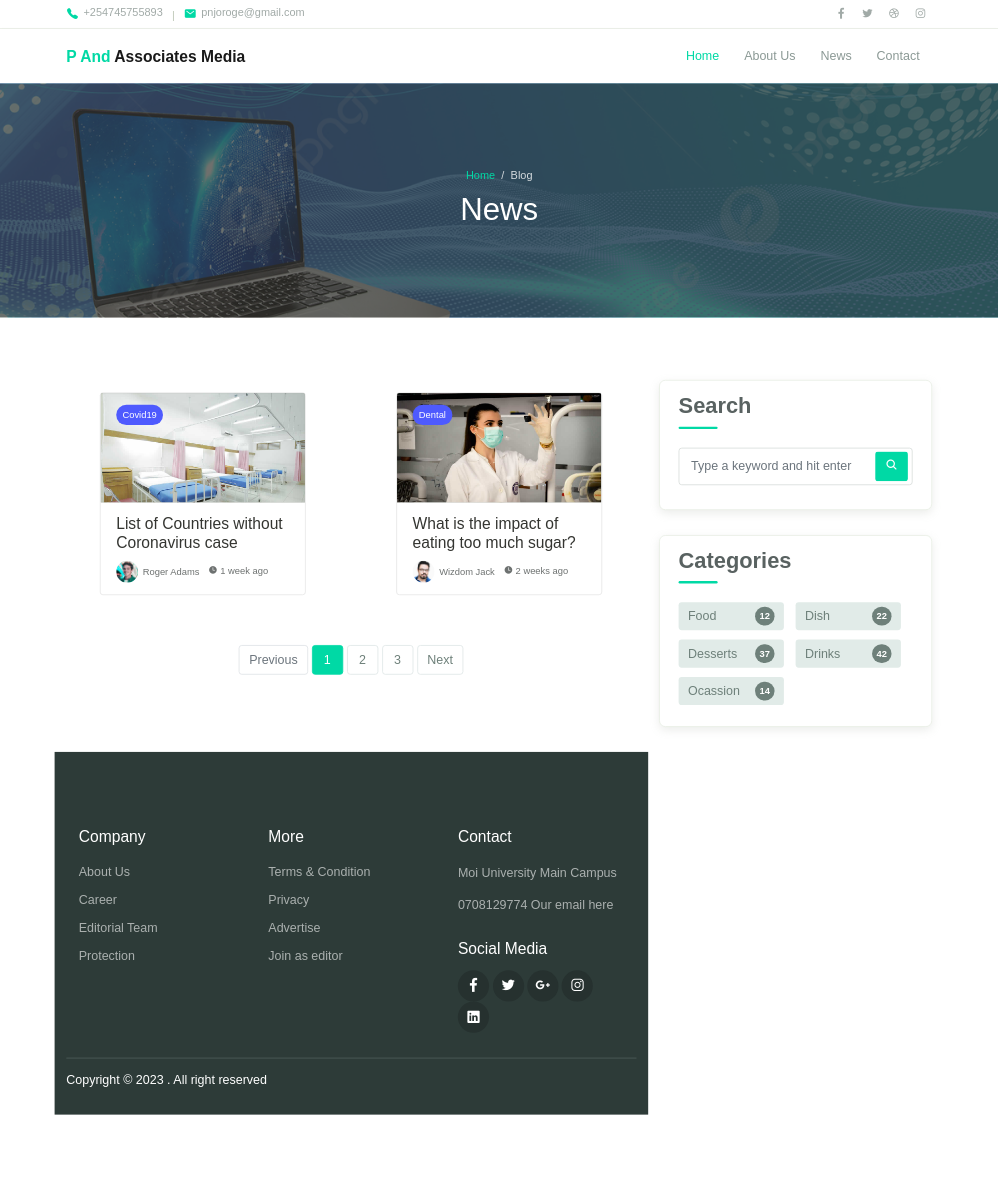
Repository: profbkmurage/myWeb
Page: html/blog.html
The author's editor kept a copy of each file at every save. The page is drawn from the files as they stood at one save, then again after the next save.
The browser window is 1280 px wide. The pictures show the whole page, at 78% of full size.

Above is the page before, as saved 2023-12-11 14:20:33.

### html/blog.html
<!DOCTYPE html>
<html lang="en">
<head>
  <meta charset="UTF-8">
  <meta name="viewport" content="width=device-width, initial-scale=1.0">

  <meta http-equiv="X-UA-Compatible" content="ie=edge">

  <title>M&M Website</title>

  <link rel="stylesheet" href="../assets/css/maicons.css">

  <link rel="stylesheet" href="../assets/css/bootstrap.css">

  <link rel="stylesheet" href="../assets/vendor/owl-carousel/css/owl.carousel.css">

  <link rel="stylesheet" href="../assets/vendor/animate/animate.css">

  <link rel="stylesheet" href="../assets/css/theme.css">
</head>
<body>

  <!-- Back to top button -->
  <div class="back-to-top"></div>

  <header>
    <div class="topbar">
      <div class="container">
        <div class="row">
          <div class="col-sm-8 text-sm">
            <div class="site-info">
              <a href="tel:0745755893" ><span class="mai-call text-primary"></span> +254745755893</a>
              <span class="divider">|</span>
              <a href="#"><span class="mai-mail text-primary"></span> pnjoroge@gmail.com</a>
            </div>
          </div>
          <div class="col-sm-4 text-right text-sm">
            <div class="social-mini-button">
              <a href="#"><span class="mai-logo-facebook-f"></span></a>
              <a href="#"><span class="mai-logo-twitter"></span></a>
              <a href="#"><span class="mai-logo-dribbble"></span></a>
              <a href="#"><span class="mai-logo-instagram"></span></a>
            </div>
          </div>
        </div> <!-- .row -->
      </div> <!-- .container -->
    </div> <!-- .topbar -->

    <nav class="navbar navbar-expand-lg navbar-light shadow-sm">
      <div class="container">
        <a class="navbar-brand" href="#"><span class="text-primary">P And</span> Associates Media</a>

        <!-- <form action="#">
          <div class="input-group input-navbar">
            <div class="input-group-prepend">
              <span class="input-group-text" id="icon-addon1"><span class="mai-search"></span></span>
            </div>
            <input type="text" class="form-control" placeholder="Enter keyword.." aria-label="Username" aria-describedby="icon-addon1">
          </div>
        </form> -->

        <button class="navbar-toggler" type="button" data-toggle="collapse" data-target="#navbarSupport" aria-controls="navbarSupport" aria-expanded="false" aria-label="Toggle navigation">
          <span class="navbar-toggler-icon"></span>
        </button>

        <div class="collapse navbar-collapse" id="navbarSupport">
          <ul class="navbar-nav ml-auto">
            <li class="nav-item active">
              <a class="nav-link" href="index.html">Home</a>
            </li>
            <li class="nav-item">
              <a class="nav-link" href="about.html">About Us</a>
            </li>
            <!-- <li class="nav-item">
              <a class="nav-link" href="work.html">Our work</a>
            </li> -->
            <li class="nav-item">
              <a class="nav-link" href="blog.html">News</a>
            </li>
            <li class="nav-item">
              <a class="nav-link" href="contact.html">Contact</a>
            </li>
            <!-- <li class="nav-item">
              <a class="btn btn-primary ml-lg-3" href="#">Login / Register</a>
            </li> -->
          </ul>
        </div> <!-- .navbar-collapse -->
      </div> <!-- .container -->
    </nav>
  </header>

  <div class="page-banner overlay-dark bg-image" style="background-image: url(../assets/img/landing.jpg);">
    <div class="banner-section">
      <div class="container text-center wow fadeInUp">
        <nav aria-label="Breadcrumb">
          <ol class="breadcrumb breadcrumb-dark bg-transparent justify-content-center py-0 mb-2">
            <li class="breadcrumb-item"><a href="index.html">Home</a></li>
            <li class="breadcrumb-item active" aria-current="page">Blog</li>
          </ol>
        </nav>
        <h1 class="font-weight-normal">News</h1>
      </div> <!-- .container -->
    </div> <!-- .banner-section -->
  </div> <!-- .page-banner -->

  <div class="page-section">
    <div class="container">
      <div class="row">
        <div class="col-lg-8">
          <div class="row">
            <div class="col-sm-6 py-3">
              <div class="card-blog">
                <div class="header">
                  <div class="post-category">
                    <a href="#">Covid19</a>
                  </div>
                  <a href="blog-details" class="post-thumb">
                    <img src="../assets/img/blog/blog_1.jpg" alt="">
                  </a>
                </div>
                <div class="body">
                  <h5 class="post-title"><a href="blog-details.html">List of Countries without Coronavirus case</a></h5>
                  <div class="site-info">
                    <div class="avatar mr-2">
                      <div class="avatar-img">
                        <img src="../assets/img/person/person_1.jpg" alt="">
                      </div>
                      <span>Roger Adams</span>
                    </div>
                    <span class="mai-time"></span> 1 week ago
                  </div>
                </div>
              </div>
            </div>

            <div class="col-sm-6 py-3">
              <div class="card-blog">
                <div class="header">
                  <div class="post-category">
                    <a href="#">Dental</a>
                  </div>
                  <a href="blog-details" class="post-thumb">
                    <img src="../assets/img/blog/blog_3.jpg" alt="">
                  </a>
                </div>
                <div class="body">
                  <h5 class="post-title"><a href="blog-details.html">What is the impact of eating too much sugar?</a></h5>
                  <div class="site-info">
                    <div class="avatar mr-2">
                      <div class="avatar-img">
                        <img src="../assets/img/person/person_4.jpg" alt="">
                      </div>
                      <span>Wizdom Jack</span>
                    </div>
                    <span class="mai-time"></span> 2 weeks ago
                  </div>
                </div>
              </div>
            </div>

            <div class="col-12 my-5">
              <nav aria-label="Page Navigation">
                <ul class="pagination justify-content-center">
                  <li class="page-item disabled">
                    <a class="page-link" href="#" tabindex="-1" aria-disabled="true">Previous</a>
                  </li>
                  <li class="page-item active" aria-current="page">
                    <a class="page-link" href="#">1 <span class="sr-only">(current)</span></a>
                  </li>
                  <li class="page-item">
                    <a class="page-link" href="#">2</a>
                  </li>
                  <li class="page-item"><a class="page-link" href="#">3</a></li>
                  <li class="page-item">
                    <a class="page-link" href="#">Next</a>
                  </li>
                </ul>
              </nav>
            </div>
          </div> <!-- .row -->
        </div>
        <div class="col-lg-4">
          <div class="sidebar">
            <div class="sidebar-block">
              <h3 class="sidebar-title">Search</h3>
              <form action="#" class="search-form">
                <div class="form-group">
                  <input type="text" class="form-control" placeholder="Type a keyword and hit enter">
                  <button type="submit" class="btn"><span class="icon mai-search"></span></button>
                </div>
              </form>
            </div>
            <div class="sidebar-block">
              <h3 class="sidebar-title">Categories</h3>
              <ul class="categories">
                <li><a href="#">Food <span>12</span></a></li>
                <li><a href="#">Dish <span>22</span></a></li>
                <li><a href="#">Desserts <span>37</span></a></li>
                <li><a href="#">Drinks <span>42</span></a></li>
                <li><a href="#">Ocassion <span>14</span></a></li>
              </ul>
            </div>

            <!-- <div class="sidebar-block">
              <h3 class="sidebar-title">Recent Blog</h3>
              <div class="blog-item">
                <a class="post-thumb" href="">
                  <img src="../assets/img/blog/blog_1.jpg" alt="">
                </a>
                <div class="content">
                  <h5 class="post-title"><a href="#">Even the all-powerful Pointing has no control</a></h5>
                  <div class="meta">
                    <a href="#"><span class="mai-calendar"></span> July 12, 2018</a>
                    <a href="#"><span class="mai-person"></span> Admin</a>
                    <a href="#"><span class="mai-chatbubbles"></span> 19</a>
                  </div>
                </div>
              </div>
              <div class="blog-item">
                <a class="post-thumb" href="">
                  <img src="../assets/img/blog/blog_2.jpg" alt="">
                </a>
                <div class="content">
                  <h5 class="post-title"><a href="#">Even the all-powerful Pointing has no control</a></h5>
                  <div class="meta">
                    <a href="#"><span class="mai-calendar"></span> July 12, 2018</a>
                    <a href="#"><span class="mai-person"></span> Admin</a>
                    <a href="#"><span class="mai-chatbubbles"></span> 19</a>
                  </div>
                </div>
              </div>
              <div class="blog-item">
                <a class="post-thumb" href="">
                  <img src="../assets/img/blog/blog_3.jpg" alt="">
                </a>
                <div class="content">
                  <h5 class="post-title"><a href="#">Even the all-powerful Pointing has no control</a></h5>
                  <div class="meta">
                    <a href="#"><span class="mai-calendar"></span> July 12, 2018</a>
                    <a href="#"><span class="mai-person"></span> Admin</a>
                    <a href="#"><span class="mai-chatbubbles"></span> 19</a>
                  </div>
                </div>
              </div>
            </div>

            <div class="sidebar-block">
              <h3 class="sidebar-title">Tag Cloud</h3>
              <div class="tagcloud">
                <a href="#" class="tag-cloud-link">dish</a>
                <a href="#" class="tag-cloud-link">menu</a>
                <a href="#" class="tag-cloud-link">food</a>
                <a href="#" class="tag-cloud-link">sweet</a>
                <a href="#" class="tag-cloud-link">tasty</a>
                <a href="#" class="tag-cloud-link">delicious</a>
                <a href="#" class="tag-cloud-link">desserts</a>
                <a href="#" class="tag-cloud-link">drinks</a>
              </div>
            </div>

            <div class="sidebar-block">
              <h3 class="sidebar-title">Paragraph</h3>
              <p>Lorem ipsum dolor sit amet, consectetur adipisicing elit. Ducimus itaque, autem necessitatibus voluptate quod mollitia delectus aut, sunt placeat nam vero culpa sapiente consectetur similique, inventore eos fugit cupiditate numquam!</p>
            </div>
          </div>
        </div>
      </div> .row -->
    </div> <!-- .container -->
  </div> <!-- .page-section -->

   <footer class="page-footer">
    <div class="container">
      <div class="row px-md-3">
        <div class="col-sm-6 col-lg-4 py-3">
          <h5>Company</h5>
          <ul class="footer-menu">
            <li><a href="#">About Us</a></li>
            <li><a href="#">Career</a></li>
            <li><a href="#">Editorial Team</a></li>
            <li><a href="#">Protection</a></li>
          </ul>
        </div>
        <div class="col-sm-6 col-lg-4 py-3">
          <h5>More</h5>
          <ul class="footer-menu">
            <li><a href="#">Terms & Condition</a></li>
            <li><a href="#">Privacy</a></li>
            <li><a href="#">Advertise</a></li>
            <li><a href="#">Join as editor</a></li>
          </ul>
        </div>
        <!-- <div class="col-sm-6 col-lg-3 py-3">
          <h5>Our partner</h5>
          <ul class="footer-menu">
            <li><a href="#">One-Fitness</a></li>
            <li><a href="#">One-Drugs</a></li>
            <li><a href="#">One-Live</a></li>
          </ul>
        </div> -->
        <div class="col-sm-6 col-lg-4 py-3">
          <h5>Contact</h5>
          <p class="footer-link mt-2">Moi University Main Campus</p>
          <a href="#" class="footer-link">0708129774</a>
          <a href="#" class="footer-link">Our email here</a>

          <h5 class="mt-3">Social Media</h5>
          <div class="footer-sosmed mt-3">
            <a href="#" target="_blank"><span class="mai-logo-facebook-f"></span></a>
            <a href="#" target="_blank"><span class="mai-logo-twitter"></span></a>
            <a href="#" target="_blank"><span class="mai-logo-google-plus-g"></span></a>
            <a href="#" target="_blank"><span class="mai-logo-instagram"></span></a>
            <a href="#" target="_blank"><span class="mai-logo-linkedin"></span></a>
          </div>
        </div>
      </div>

      <hr>

      <p id="copyright">Copyright &copy; 2023 . All right reserved</p>
    </div>
  </footer>

<script src="../assets/js/jquery-3.5.1.min.js"></script>

<script src="../assets/js/bootstrap.bundle.min.js"></script>

<script src="../assets/vendor/owl-carousel/js/owl.carousel.min.js"></script>

<script src="../assets/vendor/wow/wow.min.js"></script>

<script src="../assets/js/theme.js"></script>

</body>
</html>

Loaded but not shown: assets/css/bootstrap.css (library); assets/vendor/owl-carousel/css/owl.carousel.css (library); assets/vendor/animate/animate.css (library); assets/js/jquery-3.5.1.min.js (library); assets/js/bootstrap.bundle.min.js (library); assets/vendor/owl-carousel/js/owl.carousel.min.js (library); assets/vendor/wow/wow.min.js (library); assets/js/theme.js (65 lines, source omitted); assets/css/maicons.css (2634 lines, source omitted); assets/css/theme.css (1836 lines, source omitted)

After the next save:
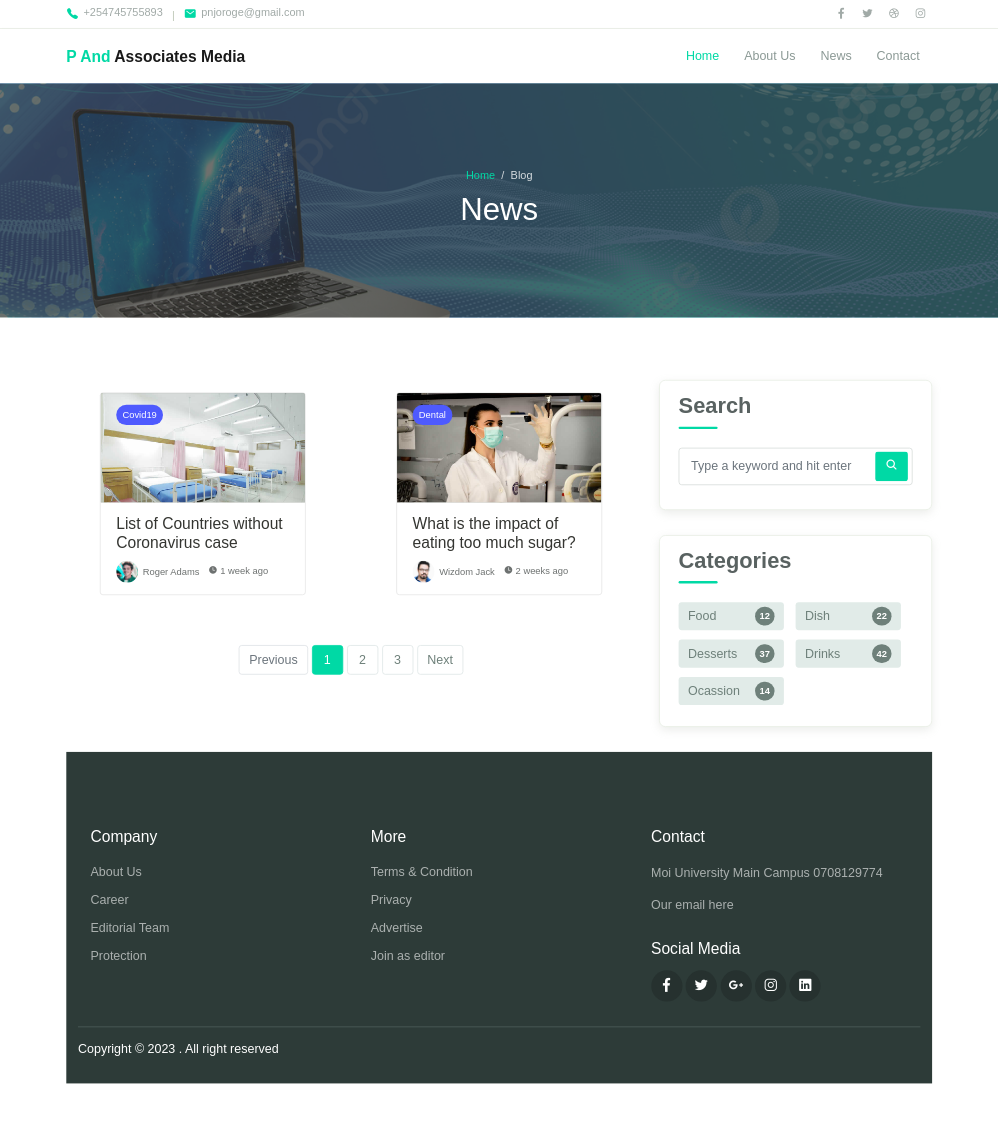
Saved 17 s later.
--- a/html/blog.html
+++ b/html/blog.html
@@ -265,6 +265,7 @@
           </div>
         </div>
       </div> .row -->
+          </div>
     </div> <!-- .container -->
   </div> <!-- .page-section -->
 
